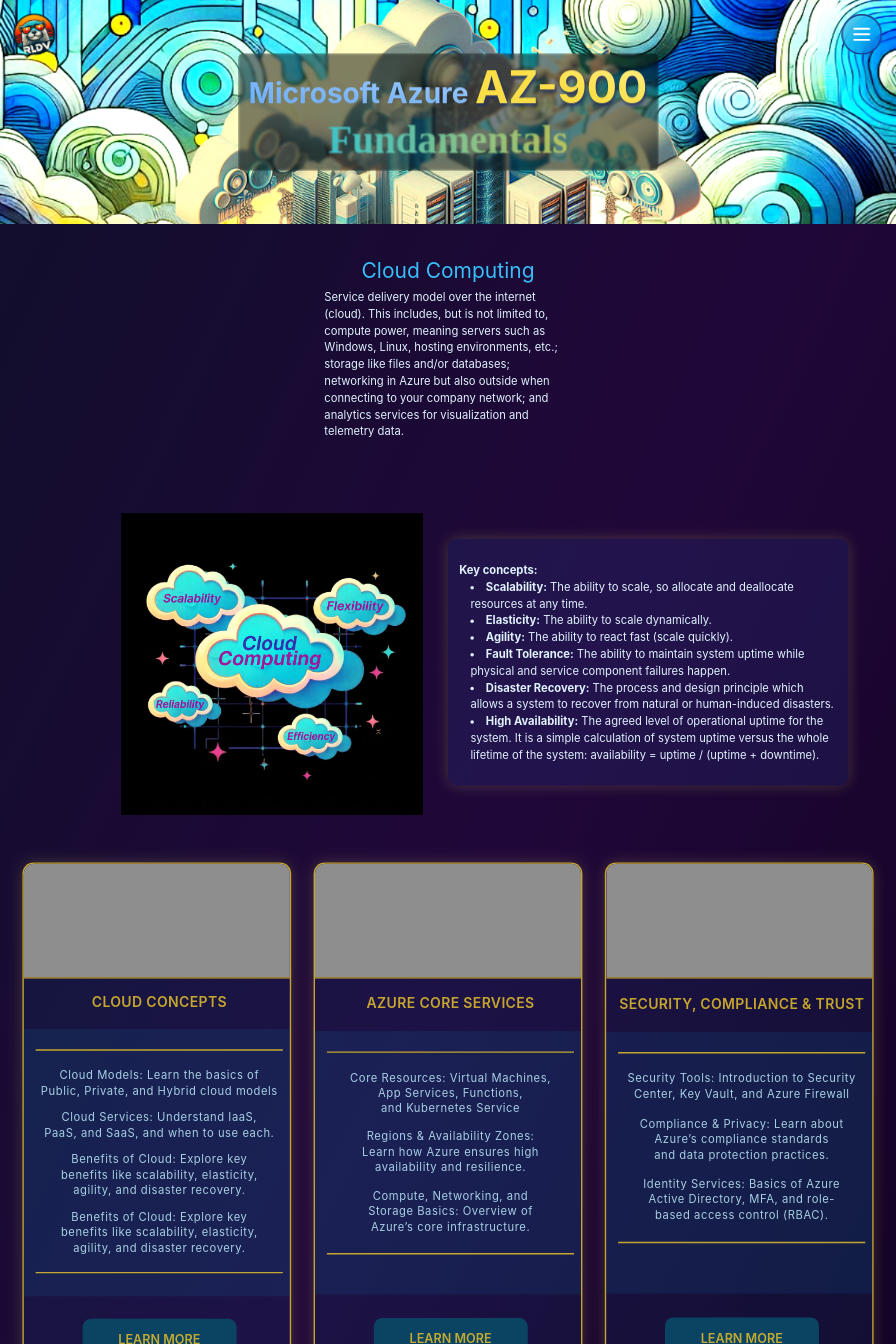
Repository: Freezler/az-900_svelte5
Page: /
These files come from the project's save history. The page is drawn as it stood at one moment and after the next save; the edit follows.
The browser window is 1280 px wide. The pictures show the part of the page from y = 0 to 1920 px (the page is 2710 px tall), at 70% of full size.
Pictures or frames that could not be fetched are drawn as grey boxes. The project was rebuilt for these pictures with package versions that can differ from the ones it lists, and the page was loaded fresh each time. The framework's server and built-in components were replaced by stand-ins that run in the browser. Also part of the build but not shown: vite.config.ts.

Above is the page before, as saved 2024-11-10 10:51:22.

### src/app.html
<!doctype html>
<html lang="en">
	<head>
		<meta charset="utf-8" />
		<link rel="icon" href="%sveltekit.assets%/favicon.png" />
		<meta name="viewport" content="width=device-width, initial-scale=1" />
		%sveltekit.head%
	</head>
	<body data-sveltekit-preload-data="hover" >
		<div style="display: contents">%sveltekit.body%</div>
	</body>
</html>

### src/routes/+layout.svelte
<script lang="ts">
	import '../app.css';
	let { children } = $props();

</script>

<div class="bg-gradient-to-br from-[#0d0c28fc] via-[#1b0135f9] to-[#10021e] bg-cover bg-center bg-no-repeat ">{@render children()}</div>

### src/routes/+page.svelte
<script lang="ts">
	import ComputingArticle from '../components/ComputingArticle.svelte';

	import Toggle from '../components/Toggle.svelte';
	import Header from '../components/Header.svelte';
	import Popover from '../components/Menu.svelte';
	import Cards from '../components/Cards.svelte';
	import Login from '../components/Login.svelte';
</script>

<header class="">
	<Popover />
	<Header />
</header>
<main>
	<section>
		<ComputingArticle />
		<Cards />
	</section>
	<aside><Toggle /></aside>
	<footer><Login /></footer>
</main>

### src/app.css
@tailwind base;
@tailwind components;
@tailwind utilities;

:root {
  --text-color  : rgba(244, 205, 48, 0.888);
  --bg-color    : hsla(217, 87%, 3%, 0.298);
  --bg-color2   : hsla(299, 91%, 31%, 0.974);
  --bg-gradient : 135deg, rgba(237, 249, 10, .7) 0%, rgba(216, 204, 37, 0.7) 35%, rgba(0, 212, 255, 0.7) 100%;
  --bg-gradient2: 90deg, rgba(216, 204, 37, 0.5) 0%, rgba(0, 212, 255, 0.5) 70%;
}

* {
  margin     : 0;
  padding    : 0;
  box-sizing : border-box;
  user-select: none;
  /* outline : 1px dotted red; */
}

body {
  font-family: 'Inter', sans-serif;


}

### src/components/ComputingArticle.svelte
<div class="grid items-center justify-center gap-2 place-self-center text-sky-100 w-[35ch] pt-12">
	<h2 class="text-3xl text-center text-sky-400">Cloud Computing</h2>
	<p>
		Service delivery model over the internet (cloud). This includes, but is not limited to, compute
		power, meaning servers such as Windows, Linux, hosting environments, etc.; storage like files
		and/or databases; networking in Azure but also outside when connecting to your company network;
		and analytics services for visualization and telemetry data.
	</p>
</div>

<section class="grid items-center grid-cols-1 lg:grid-cols-2 justify-center place-items-center place-self-center place-content-center gap-0	z-10 text-start">
	<img
		src="../public/images/cloud.png"
		alt="cloudSolutions"
		loading="lazy"

		class=" text-sky-100 w-full md:w-[572px]  mx-auto rounded-2xl overflow-hidden p-2 m-0"
	/>
	<article
		class=" bg-blue-500/10  text-sky-100 px-4 py-8 w-[572px] mt-16 rounded-xl shadow-[0_0px_22px_rgba(255,255,99,0.2)]"
	>
		<p><strong>Key concepts:</strong></p>
		<ul class="list-inside list-disc pl-4">
			<li>
				<strong>Scalability:</strong> The ability to scale, so allocate and deallocate resources at any
				time.
			</li>
			<li><strong>Elasticity:</strong> The ability to scale dynamically.</li>
			<li><strong>Agility:</strong> The ability to react fast (scale quickly).</li>
			<li>
				<strong>Fault Tolerance:</strong> The ability to maintain system uptime while physical and service
				component failures happen.
			</li>
			<li>
				<strong>Disaster Recovery:</strong> The process and design principle which allows a system to
				recover from natural or human-induced disasters.
			</li>
			<li>
				<strong>High Availability:</strong> The agreed level of operational uptime for the system. It
				is a simple calculation of system uptime versus the whole lifetime of the system: availability
				= uptime / (uptime + downtime).
			</li>
		</ul>
	</article>
</section>

### src/components/Toggle.svelte
<script lang="ts">

	let name = $state('Randy');
	let status: 'DARK' | 'LIGHT' = $state('DARK');
	let full_name = $derived(name + ' ' + 'de vries');

	function toggle() {
		status = status === 'DARK' ? 'LIGHT' : 'DARK';
	}

	function onclick() {
		status = status === 'DARK' ? 'LIGHT' : 'DARK';
		window.document.body.classList.toggle('dark-mode')
	}
</script>

<div class="max-w-[400px] mx-auto grid place-items-center items-center justify-center gap-2 border-2 p-4  py-8 my-4 bg-yellow-600/10">
		<p class="text-2xl font-serif text-white ">
			set theme: <span class="font-sans {status === 'LIGHT' ? 'text-gray-200' : 'text-red-900'}">{status}</span>
		</p>

		<!-- <button on:click={toggle}>toggle status</button> -->
		<button
			class=" w-[176px] rounded bg-blue-500 px-4 py-2 font-bold text-white hover:bg-blue-700 active:scale-[.98]"
			type="button"
			onclick={toggle}>Toggle theme</button
		>
	</div>

### src/components/Header.svelte
<script lang="ts">
	// Declare props
	let { name = 'AZ-900' } = $props();

	// Local state for the surname
	let surname = $state('Fundamentals');

	// Derived state for the full name
	let full_name = $derived(`${name} ${surname}`);
</script>

<div
	class="max-w-[100svw] z-100 mx-auto grid h-80 place-content-center place-items-center items-center justify-center bg-[url('/public/images/headImage.png')] bg-cover bg-top"
>
	<div class="grid backdrop-blur-[2px] px-4 rounded-lg backdrop-brightness-[.50] pb-4">
		<h1
			class="shadow-[rgba(7, 25, 224, 0.9)] drop bg-clip-text text-center text-[clamp(1rem,5vw,2.5rem)] font-bold text-transparent bg-gradient-to-tr from-blue-400 via-blue-300 to-blue-700  drop-shadow-[-2px_2px_2px_rgba(137, 25, 224, 0.9)]"
		>
			Microsoft Azure <span
				class="bg-gradient-to-tr from-yellow-300 via-yellow-300 to-yellow-200 bg-clip-text text-[clamp(2.8rem,5vw,8.5rem)] font-bold text-transparent drop-shadow-[2px_4px_2px_rgba(36,50,100,0.9)]"
				>{name}</span
			>
		</h1>
		<h3
			class="bg-clip-text text-6xl text-center text-[clamp(1rem,5vw,3.5rem)] font-[700] font-[montserrat] bg-gradient-to-r from-[hsl(192,88%,51%)] via-[--hsl(192,88%,71%)] to-[--text-color]  pb- text-transparent drop-shadow-[2px_4px_32px_rgba(6,100,150,0.9)] backdrop-brightness-[.90] "
		>
			{surname}
		</h3>
	</div>
</div>

### src/components/Menu.svelte
<script lang="ts">
	import { cubicInOut } from 'svelte/easing';
	import { fly } from 'svelte/transition';
	let showMenu: boolean = $state(false);


</script>

	<!-- Your existing code -->

<img
	src="/public/images/Design 2.png"
	alt="Ran form Logo"
	class="fixed left-[16px] top-[16px] w-[64px] rounded-full z-[200]"
/>
<button
	onclick={() => (showMenu = !showMenu)}
	class="fixed right-[20px] top-[20px] flex  h-[58px] w-[58px] items-center justify-center rounded-full bg-blue-600/20 backdrop-blur text-white border-2 border-blue-900"
>
	<svg
		xmlns="http://www.w3.org/2000/svg"
		class="h-8 w-8"
		fill="none"
		viewBox="0 0 24 24"
		stroke="currentColor"
	>
		{#if showMenu}
			<path
				stroke-linecap="round"
				stroke-linejoin="round"
				stroke-width="2"
				d="M6 18L18 6M6 6l12 12"
			/>
		{:else}
			<path
				stroke-linecap="round"
				stroke-linejoin="round"
				stroke-width="2"
				d="M4 6h16M4 12h16M4 18h16"
			/>
		{/if}
	</svg>
</button>

{#if showMenu}
	<ul
		class="items-center justify-center fixed bottom-0 right-0 z-100 grid h-[50vh] w-[100vw] border-t border-blue-900 place-content-center bg-blue-600/20 backdrop-blur text-white uppercase text-center text-xl z-[200]"
		transition:fly={{ y: 100, duration: 420, easing: cubicInOut }}
	>
		<li class="px-2 py-4 w-[80vw] underline underline-offset-4 transition-colors ease-linear duration-400 hover:bg-blue-600/20 rounded-t-lg  bg-blue-200/30">
			<a href="/">Home</a>
		</li>
		<li class=" px-2 py-4 transition-colors hover:underline underline-offset-4  ease-linear duration-400 hover:bg-blue-600/20  bg-blue-200/30">
			<a href="/concepts">Concepts</a>
		</li>
		<li class=" px-2 py-4 transition-colors hover:underline underline-offset-4 ease-linear duration-400 hover:bg-blue-600/20  bg-blue-200/30">
			<a href="/security">Security</a>
		</li>
		<li class="px-2 py-4 transition-colors  hover:underline underline-offset-4 ease-linear duration-400 hover:bg-blue-600/20 rounded-b-lg  bg-blue-200/30">
			<a href="/services">Services</a>
		</li>
	</ul>
{/if}

### src/components/Cards.svelte
<script>
	import { goto } from '$app/navigation';
	// Define your plans as an array of objects
	const concepts = [
		{
			url: 'concepts',
			image:
				'https://learn.microsoft.com/training/achievements/microsoft-azure-fundamentals-describe-cloud-concepts-social.png',
			name: 'Cloud Concepts',
			features: [
				'Cloud Models: Learn the basics of Public, Private, and Hybrid cloud models',
				'Cloud Services: Understand IaaS, PaaS, and SaaS, and when to use each.',
				'Benefits of Cloud: Explore key benefits like scalability, elasticity, agility, and disaster recovery.',
				'Benefits of Cloud: Explore key benefits like scalability, elasticity, agility, and disaster recovery.'

			]
		},
		{
			url: 'services',
			image:
				'https://images.unsplash.com/photo-1667372459510-55b5e2087cd0?q=80&w=1932&auto=format&fit=crop&ixlib=rb-4.0.3&ixid=M3wxMjA3fDB8MHxwaG90by1wYWdlfHx8fGVufDB8fHx8fA%3D%3D',
			name: 'Azure Core Services',
			features: [
				'Core Resources: Virtual Machines, App Services, Functions, and Kubernetes Service',
				'Regions & Availability Zones: Learn how Azure ensures high availability and resilience.',
				'Compute, Networking, and Storage Basics: Overview of Azure’s core infrastructure.'
			]
		},
		{
			url: 'security',
			image:
				'https://plus.unsplash.com/premium_photo-1700830452756-1a3f4314e564?q=80&w=1674&auto=format&fit=crop&ixlib=rb-4.0.3&ixid=M3wxMjA3fDB8MHxwaG90by1wYWdlfHx8fGVufDB8fHx8fA%3D%3D',
			name: 'Security, Compliance & Trust',
			features: [
				'Security Tools: Introduction to Security Center, Key Vault, and Azure Firewall',
				'Compliance & Privacy: Learn about Azure’s compliance standards and data protection practices.',
				'Identity Services: Basics of Azure Active Directory, MFA, and role-based access control (RBAC).'
			]
		}
	];
</script>

<section
	class="z-10 grid grid-rows-1 gap-8 py-8 md:grid-cols-2 md:gap-8 md:px-8 xl:grid-cols-3"
>
	{#each concepts as concept}
		<div
			class=" pt-1  grid grid-rows-[148px_64px_auto_auto] place-items-center overflow-hidden rounded-2xl border-2 border-[--text-color] bg-sky-600/10 pb-9 shadow-[0_0px_22px_rgba(255,255,99,0.2)] brightness-90 transition duration-700 hover:scale-[1.001] hover:border-[hsla(184,69%,60%,1)] hover:shadow-[2px_6px_12px_rgba(22,125,22,0.9)]"
		>
			<img
				src={concept.image}
				class=" z-10 h-[172px] pt-2  w-full border-b-2 border-[--text-color] object-cover object-center hover:border-[hsla(184,69%,60%,1)]"
				loading="lazy"
				alt="concept"
			/>
			<div class="row-span-2 grid grid-cols-subgrid place-items-center items-center justify-center">
				<h2 class="] mt-[28px] text-xl font-semibold uppercase tracking-wide text-[--text-color]">
					{concept.name}
				</h2>
			</div>

			<div
				class=" row-span-12 my-5 w-full grid grid-rows-subgrid place-items-start items-start gap-4 text-pretty border border-transparent bg-sky-500/10 px-4 pt-7 pb-6 text-center"
			>
				{#each concept.features as feature}
					<h3
						class="border-b-1 mx-auto  grid w-[35ch]  grid-rows-subgrid text-balance border-[--text-color] px-0 text-[14px] font-normal leading-snug tracking-wider text-sky-200 py-0 first:border-t-2 first:pt-6 last:pb-6 last:border-b-2 lg:text-[16px] border-s-fuchsia-400 ">
						{feature}
					</h3>
				{/each}
			</div>
			<button
				type="button"
				class="mx-auto mt-3 w-[220px] grid-cols-subgrid rounded-xl border-[2px_solid_var(--text-color)] bg-sky-900 px-8 py-4 text-base font-semibold uppercase text-[--text-color] transition duration-[420ms] hover:bg-sky-500 hover:text-white hover:shadow-[2px_2px_22px_rgb(65,183,255,0.9)] md:text-lg lg:text-lg"
				><a href="/{concept.url}">Learn more</a></button
			>
		</div>
	{/each}
</section>

### src/components/Login.svelte
<script>
	import { onMount } from 'svelte';
	let user = $state('Stranger');
	/**
	 * @param {any} response
	 */
	function googleLoginEndpoint(response) {
	  console.log('Google login successful:', response);
	}

	// onMount(() => {
	//   const script = document.createElement("script");
	//   script.src = "https://accounts.google.com/gsi/client";
	//   script.async = true;
	//   script.defer = true;
	//   document.head.appendChild(script);
	// });
</script>

<div class="relative flex min-h-[60vh] items-center justify-center py-16 ">
	<div class="flex w-full max-w-4xl flex-col overflow-hidden rounded-lg shadow-lg md:flex-row">
		<!-- Left side: Logo and Welcome message -->
		<div
			class="flex flex-col items-center justify-center bg-[url('/public/images/headImage.png')] bg-cover bg-center object-cover p-14 text-white md:w-1/2 "
		>
			<img
				src="/public/images/Design 2.png"
				alt="Ran form Logo"
				class="mb-4 h-40 w-40 rounded-full"
			/>
			<h2 class="text-2xl font-semibold p-2 rounded-xl bg-slate-600/50  ">Good Evening {user}!</h2>
			<p class="mt-2 text-center text-lg rounded-xl bg-slate-600/50  p-2 ">Log in to your account!</p>
		</div>

		<!-- Right side: Login Form -->
		<div
			class="flex flex-col items-center justify-center  h-[50vh] bg-blue-600/40 backdrop-blur pt-8 "
		>
			<!-- Google Login Button -->
			<div
				id="g_id_onload"
				data-client_id="YOUR_GOOGLE_CLIENT_ID"
				data-context="signin"
				data-callback="googleLoginEndpoint"
				data-close_on_tap_outside="false"
				data-prompt_parent_id="g_id_onload"
			></div>

			<button
				class="flex w-3/5 items-center justify-center space-x-2 rounded-full border border-gray-300 bg-white py-2 shadow-md hover:bg-gray-50 focus:outline-none"
			>
				<span class="fab fa-google text-gray-500"></span>
				<span class="text-gray-700">Continue with Google</span>
			</button>

			<!-- Divider -->
			<div class="my-4 flex w-full items-center">
				<hr class="flex-grow border-t border-gray-300" />
				<span class="px-3 text-gray-500">OR</span>
				<hr class="flex-grow border-t border-gray-300" />
			</div>

			<!-- Email Login Button -->
			<button
				class="flex w-3/5 items-center justify-center space-x-2 rounded-full border border-gray-300 bg-white py-2 shadow-md hover:bg-gray-50 focus:outline-none"
			>
				<span class="fa fa-user text-gray-500"></span>
				<span class="text-gray-700">Enter Email & Password</span>
			</button>

			<!-- Sign up and Terms Links -->
			<div class=" w-full text-center">
				<p class="text-sm text-red-300">
					Don't have an account? <a href="_blank" class="text-blue-600 hover:underline">Sign up</a>
				</p>
				<p class="mt-0 text-xs text-gray-500 w-[50ch]">
					By continuing, you agree to our <a href="_blank" target="_blank" class="hover:underline"
						>Terms of Service</a
					>
					and
					<a href="_blank" target="_blank" class="hover:underline">Privacy Policy</a>.
				</p>
			</div>
		</div>
	</div>
</div>

### tailwind.config.ts
import aspectRatio from '@tailwindcss/aspect-ratio';
import containerQueries from '@tailwindcss/container-queries';
import forms from '@tailwindcss/forms';
import typography from '@tailwindcss/typography';
// import type { Config } from 'tailwindcss';

export default {
	content: ['./src/**/*.{html,js,svelte,ts}'],


	theme: {
		extend: {
			animation: {



			},

			keyframes: {

			}

		}
	},

	plugins: [typography, forms, containerQueries, aspectRatio]
}

After the next save:
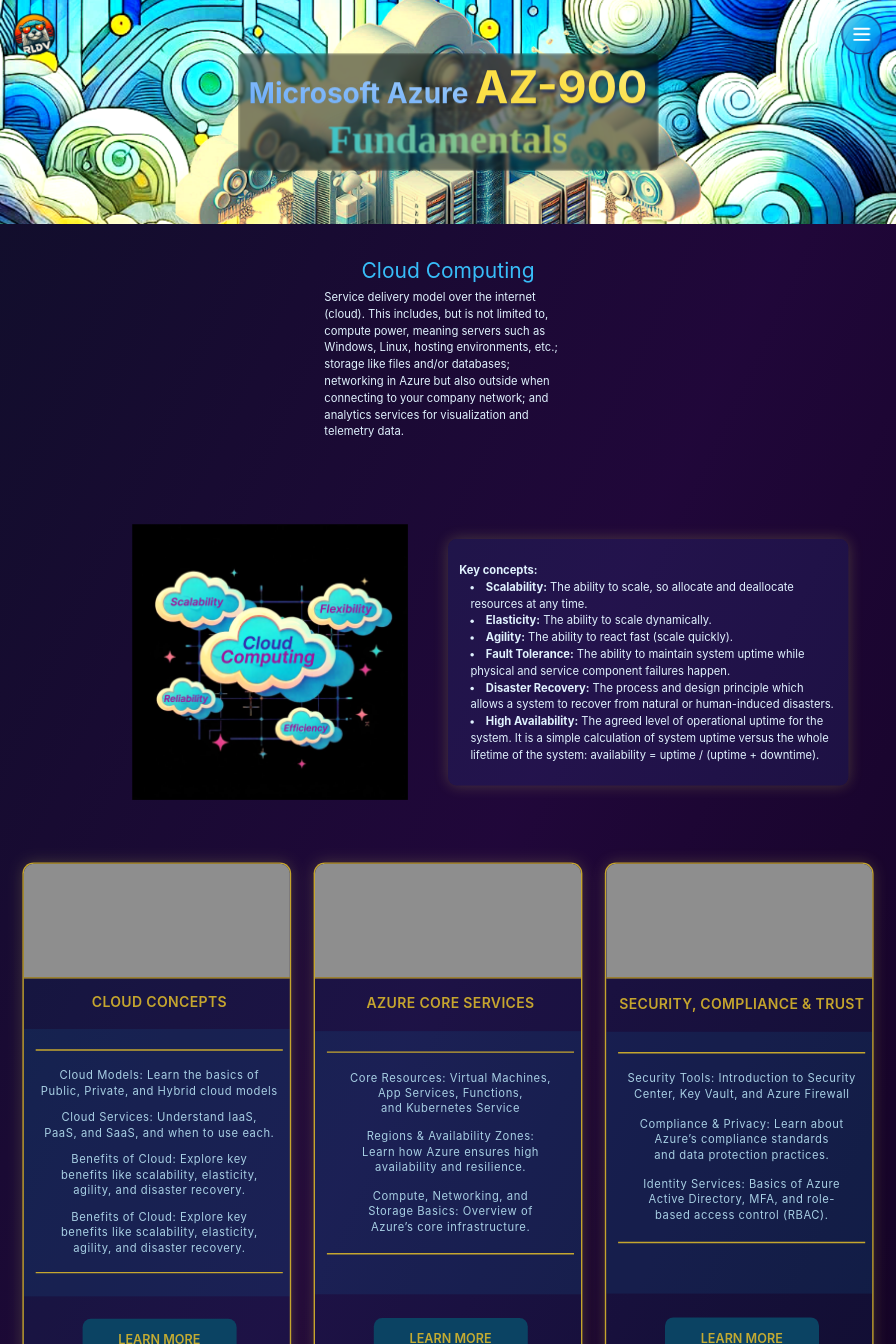
Saved 5 s later.
--- a/src/components/ComputingArticle.svelte
+++ b/src/components/ComputingArticle.svelte
@@ -14,7 +14,7 @@
 		alt="cloudSolutions"
 		loading="lazy"
 
-		class=" text-sky-100 w-full md:w-[572px]  mx-auto rounded-2xl overflow-hidden p-2 m-0"
+		class=" text-sky-100 w-full md:w-[572px]  mx-auto rounded-2xl overflow-hidden p-8 m-0"
 	/>
 	<article
 		class=" bg-blue-500/10  text-sky-100 px-4 py-8 w-[572px] mt-16 rounded-xl shadow-[0_0px_22px_rgba(255,255,99,0.2)]"
